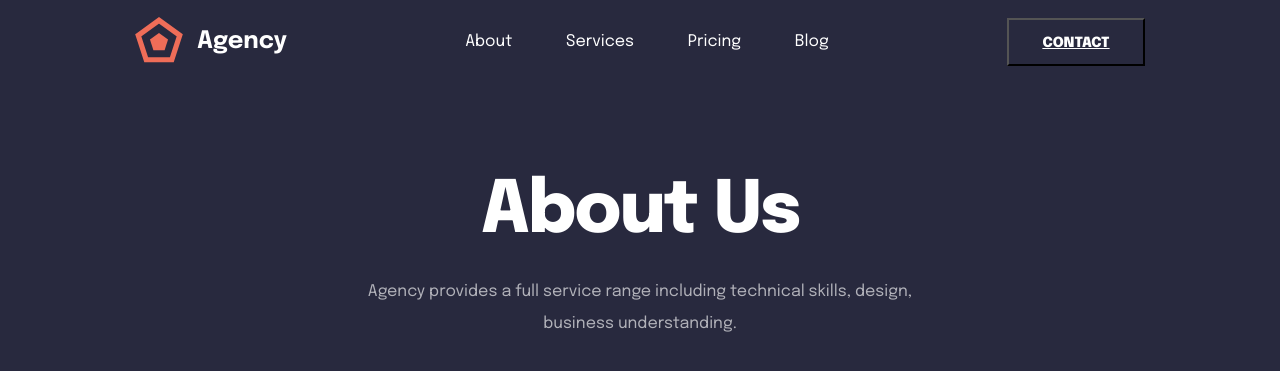
Repository: SabrinaSeydaliyeva/Task-17
Page: about/index.html
The author's editor kept a copy of each file at every save. The page is drawn from the files as they stood at one save, then again after a run of saves.
The browser window is 1280 px wide. The pictures show the whole page.
The style sheet was rebuilt from its Sass, Less or Tailwind sources for each picture, by a compiler version that may differ from the author's.

Above is the page before, as saved 2023-09-06 15:30:20.

### about/index.html
<!DOCTYPE html>
<html lang="en">
  <head>
    <meta charset="UTF-8" />
    <meta http-equiv="X-UA-Compatible" content="IE=edge" />
    <meta name="viewport" content="width=device-width, initial-scale=1.0" />
    <title>About</title>
    <link rel="stylesheet" href="index.css" />
  </head>
  <body>
    <div class="container">
      <div class="novbar">
        <div class="logo-box">
          <div class="logo">
            <img src="./images/Polygon.svg" alt="" />
            <svg
              xmlns="http://www.w3.org/2000/svg"
              width="19"
              height="18"
              viewBox="0 0 19 18"
              fill="none"
            >
              <path
                d="M9.5 0L18.535 6.56434L15.084 17.1857H3.91604L0.464963 6.56434L9.5 0Z"
                fill="#EF6D58"
              />
            </svg>
          </div>
          <h1>Agency</h1>
        </div>

        <ul>
          <li><a href="">About</a></li>
          <li><a href="">Services</a></li>
          <li><a href="">Pricing</a></li>
          <li><a href="">Blog</a></li>
        </ul>

        <button>
          <p class="btn"><a href="">CONTACT</a></p>
        </button>
      </div>

      <div class="center-text">
        <h1>About Us</h1>
        <p>
          Agency provides a full service range including technical skills,
          design, business understanding.
        </p>
      </div>
    </div>
  </body>
</html>

### about/index.scss
@import url('https://fonts.googleapis.com/css2?family=Epilogue:wght@400;700;800;900&display=swap');

* {
  margin: 0;
  padding: 0;
  box-sizing: border-box;
}

.container {
  width: 100%;
  min-height: 100vh;
  background-color: #28293e;
  padding: 16px 135px 66px 135px;

  .novbar {
    display: flex;
    align-items: center;
    justify-content: space-between;

.logo-box{
  display: flex;
  align-items: center;
  .logo{
    position: relative;
    img{
      width: 48px;
      height: 48px;
    }
    svg{
      position: absolute;
      top: 50%;
      left: 50%;
      transform: translate(-50%,-50%);
    }
  }
  h1 {
    margin-left: 14px;
    color: var(--Text_Light, #fff);
    font-feature-settings: "clig" off, "liga" off;
    font-family: Epilogue;
    font-size: 24px;
    font-style: normal;
    font-weight: 700;
    line-height: 32px;
  }

}

    ul {
      display: flex;
      justify-content: space-between;
      width: 36%;
li{
  list-style-type: none;

  a{
    text-decoration: none;
    color: var(--Text_Light, #fff);
      font-feature-settings: "clig" off, "liga" off;
      font-family: Epilogue;
      font-size: 16px;
      font-style: normal;
      font-weight: 400;
      line-height: 32px;
  }
}

    }


    button {
      width: 138px;
      height: 48px;
      flex-shrink: 0;
      background-color: #28293e;

      .btn a{
        color: #fff;
        text-align: center;
        font-family: Epilogue;
        font-size: 14px;
        font-style: normal;
        font-weight: 900;
        line-height: normal;
        text-transform: uppercase;
      }
    }
  }

  .center-text {
    margin-top: 104px;
    display: flex;
    flex-direction: column;
    justify-content: center;
    align-items: center;

    h1 {
      margin-bottom: 24px;
      color: var(--Text_Light, #fff);
      text-align: center;
      font-feature-settings: "clig" off, "liga" off;
      font-family: Epilogue;
      font-size: 72px;
      font-style: normal;
      font-weight: 800;
      line-height: 80px;
      letter-spacing: -2px;
    }

    p {
      width: 570px;
      height: 66px;
      flex-shrink: 0;
      color: var(--Text_Light_Gray, rgba(255, 255, 255, 0.64));
      text-align: center;
      font-feature-settings: "clig" off, "liga" off;

      /* Text */
      font-family: Epilogue;
      font-size: 16px;
      font-style: normal;
      font-weight: 400;
      line-height: 32px; /* 200% */
    }
  }
}

After the next 2 saves:
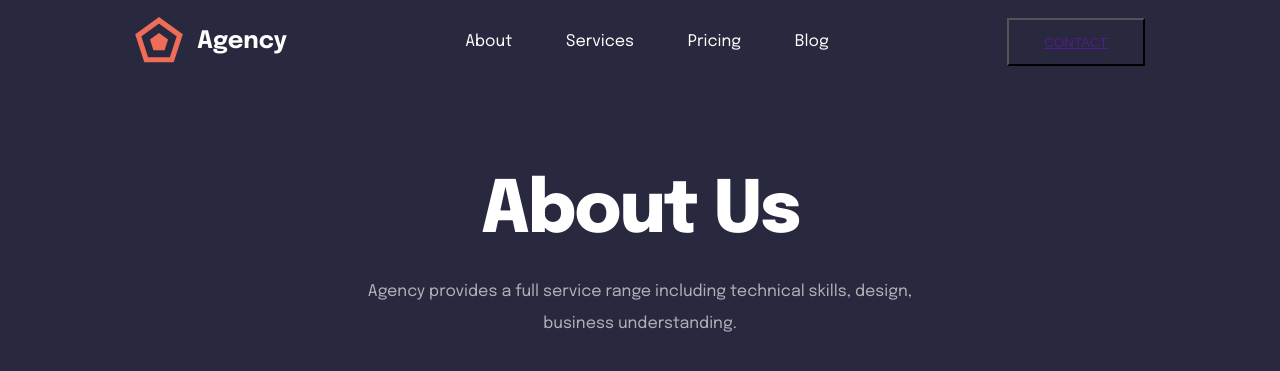
The 2 saves are shown as one change because they came seconds apart.
The last was saved 15 s later.
--- a/about/index.html
+++ b/about/index.html
@@ -37,7 +37,7 @@
         </ul>
 
         <button>
-          <p class="btn"><a href="">CONTACT</a></p>
+        <a href="">CONTACT</a>
         </button>
       </div>
 
